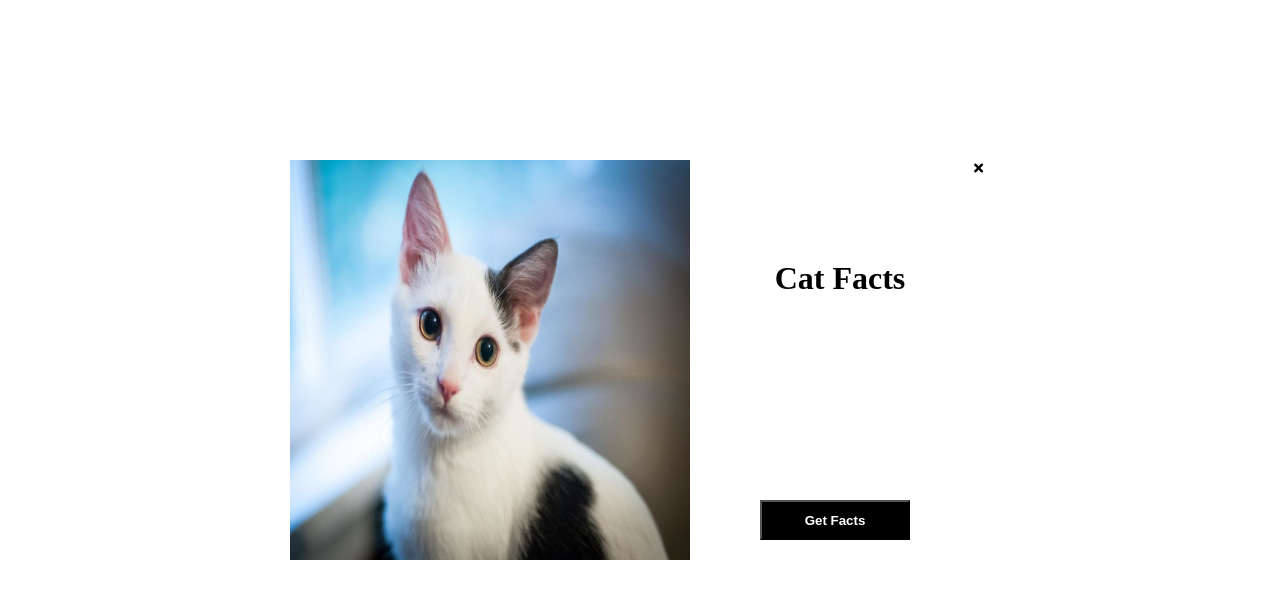
Repository: AustinW24/pg-catfacts
Page: cat-facts.html
An editor plug-in stored every save of this project. The page is shown before and after the next save, followed by the edit.
The browser window is 1280 px wide. The pictures show the whole page.
The page's requests for data from a server got no answer. Some web libraries are served in a nearby version.

Above is the page before, as saved 2021-12-29 18:31:53.

### cat-facts.html
<!doctype html>
<html lang="en">

<head>
    <meta charset="utf-8">
    <title>Cat Facts</title>
    <meta name="description" content="Description Goes Here">
    <link rel="stylesheet" href="cat-facts.css">
    <link
      rel="stylesheet"
      href="https://use.fontawesome.com/releases/v5.13.0/css/all.css"
      integrity="sha384-Bfad6CLCknfcloXFOyFnlgtENryhrpZCe29RTifKEixXQZ38WheV+i/6YWSzkz3V"
      crossorigin="anonymous"
    />
</head>
<body>
    <script src="./cat-facts.js"> </script>
    <script>
    </script>
    <div class="popup-container" >
        <div class="cat__container">
            <img src="./images/cat-img.jpeg" class="cat-photo">
        </div>
        <div class="facts__container">
            <button id="xButton" style="width: 10px; float: right; border: none; background: none; outline: inherit; cursor:pointer"><i class="fas fa-times" ></i></button>
            <h1 class="header" style="align-items:center">Cat Facts</h1>
            <div class="facts__list" style="visibility:hidden"></div>
            <button class="facts__button">Get Facts</button>
        </div>
    </div>
</body>

</html>

### cat-facts.css
* {
    box-sizing: border-box;
    margin: 0;
}
body {
    height: 100vh;
    width: 100vw;
    display: flex;
    align-items: center;
    justify-content: center;
    overflow: hidden;
}

.facts__button {
    color: white;
    background-color: black;
    width: 150px;
    height: 40px;
    position: relative;
    position: absolute;
    bottom:   0;
    margin-left: 60px;
    font-weight: bold;
    margin-bottom: 20px;
    cursor: pointer;
}

.cat-photo {
    max-width: 400px;
    min-height: 100%;
    flex-basis: 100px;
    flex-grow: 1;
}
.facts__container {
    position: relative;
    flex-basis: 100px;
    flex-grow: 1;
    padding: 0px 10px 0px 10px;


}
.popup-container {
    display: flex;
    flex-direction: row;
    width: 50%;
    justify-content: center;
    position: relative;
    width: 700px;
    height: 400px;


}

 div.popup-container {
    min-height: 200px;
    overflow: hidden;
  }

  div.popup-container {
    animation: 3s slide-up;
    margin-top: 0%;
  }

  @keyframes slide-up {
    from {
      margin-top: 100%;
      height: 400px;
    }
    to {
      margin-top: 0%;
      height: 400px;
    }
  }

  h1 {
    display: flex;
    align-items: center;
    justify-content: center;
    margin-top: 100px;
  }
  .facts__list {
    font-size: 14px;
  }
  ul {
      list-style: none;
  }

### cat-facts.js
let factList = document.querySelector(".facts__list")
let popup = document.querySelector(".popup-container")

window.onload = () => {
    async function getCatFacts() {
        let response = await fetch(`https://cat-fact.herokuapp.com/facts`);
        let data = await response.json()
        document.querySelector(".facts__button").addEventListener("click", function () {
            factList.innerHTML = (data.map((fact, idx) => { return '<li>' + fact.text + '</li>' }))
            document.querySelector(".header").style.marginTop = "0px"
            document.querySelector(".facts__button").style.marginBottom = "0px"
            factList.style.visibility = "visible"
        })
        return data;
    }
    getCatFacts()
    const showPopUp = () => { document.querySelector(".popup-container").style.visibility = "visible" }
    setTimeout(() => showPopUp(), 3000)

    let xButton = document.querySelector("#xButton");




}

After the next save:
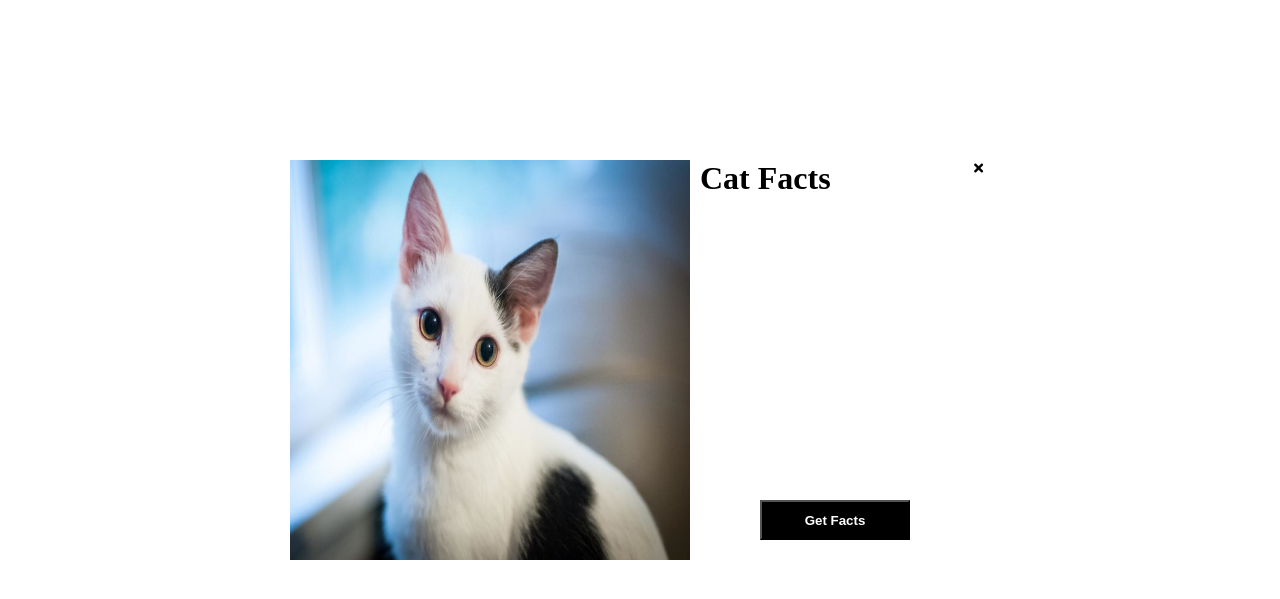
Saved 5 s later.
--- a/cat-facts.css
+++ b/cat-facts.css
@@ -71,7 +71,7 @@
       height: 400px;
     }
   }
-
+  @keydrames slide-
   h1 {
     display: flex;
     align-items: center;

After the 3 saves that followed:
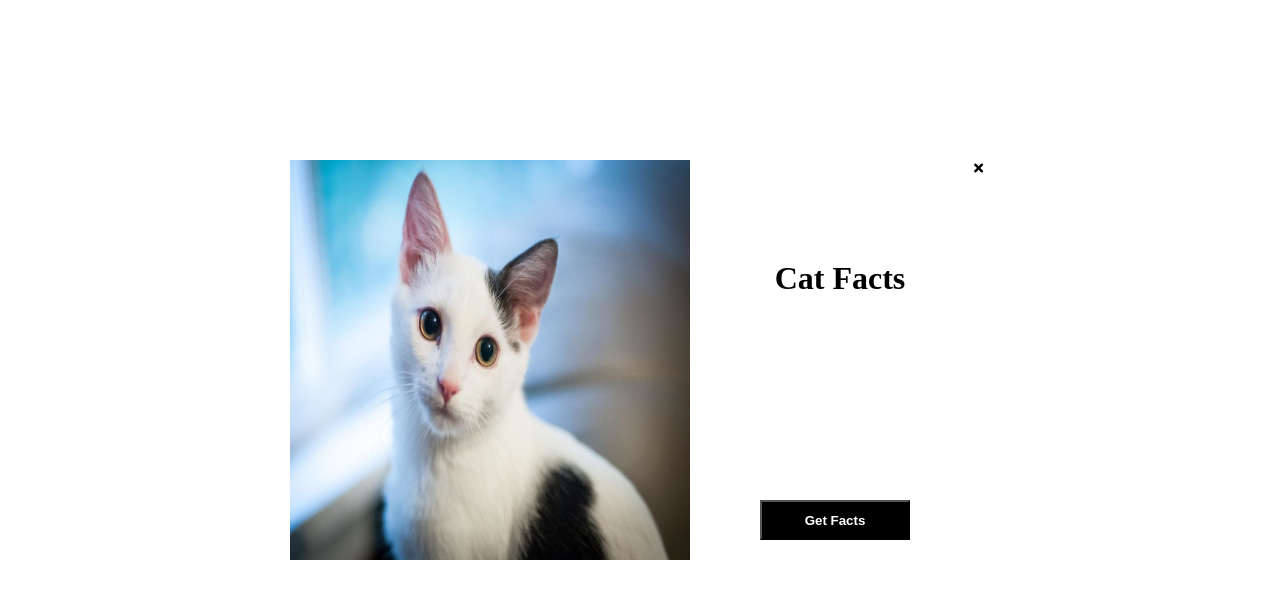
The 3 saves are shown as one change because they came seconds apart.
The last was saved 7 s later.
--- a/cat-facts.css
+++ b/cat-facts.css
@@ -71,7 +71,9 @@
       height: 400px;
     }
   }
-  @keydrames slide-
+  @keydrames slide-out {
+      0%
+  }
   h1 {
     display: flex;
     align-items: center;
